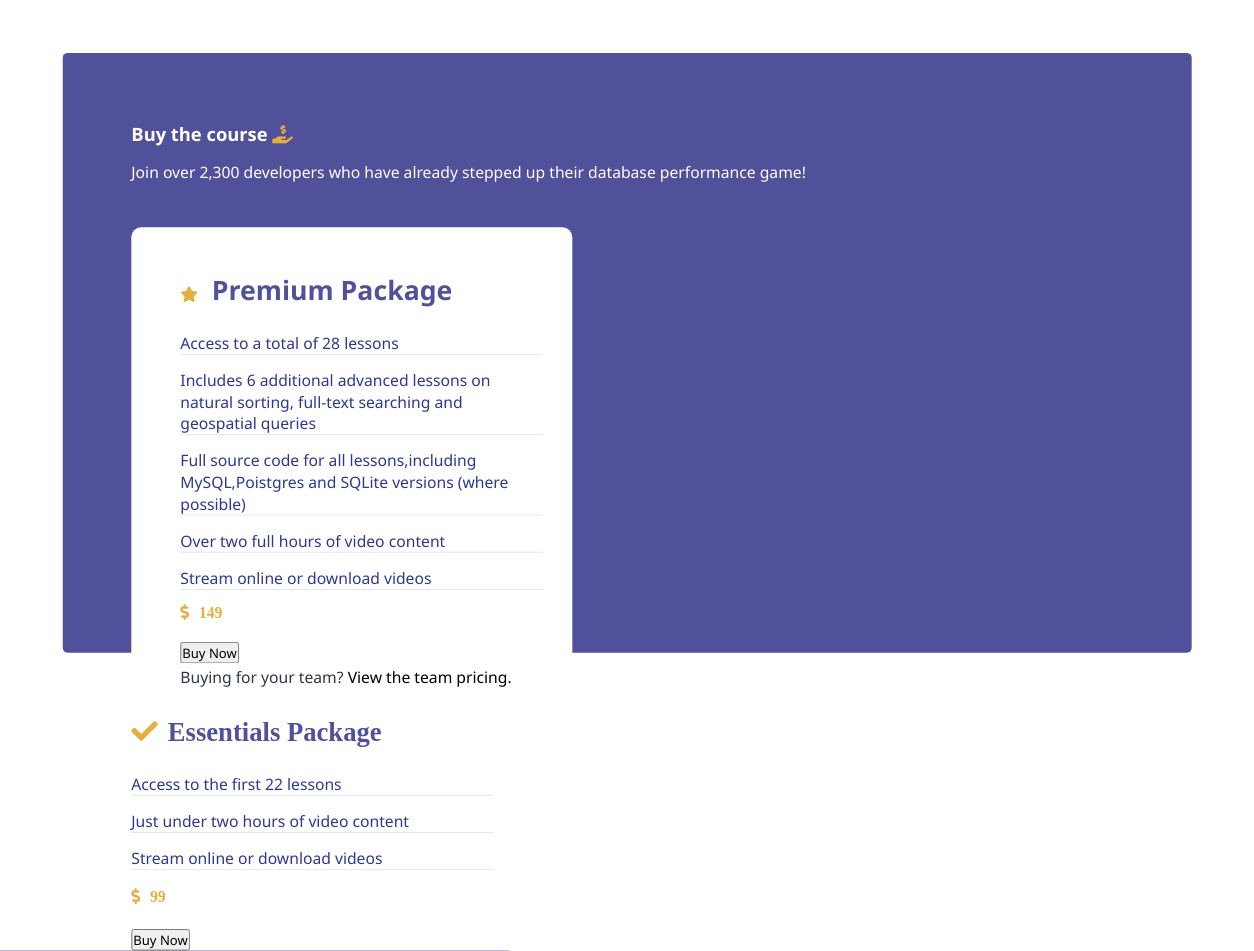
Repository: Z-ayat/Challenges
Page: Challenge 4/index.html
The author's editor kept a copy of each file at every save. The page is drawn from the files as they stood at one save, then again after a run of saves.
The browser window is 1280 px wide. The pictures show the whole page, at 98% of full size.

Above is the page before, as saved 2021-09-07 01:44:29.

### Challenge 4/index.html
<!DOCTYPE html>

<head>
    <meta charset="UTF-8">
    <title>Course Offer Box</title>
    <link rel="stylesheet" href="styling/css/master.css">
    <link rel="stylesheet" href="styling/css/all.min.css">
    <link rel="preconnect" href="https://fonts.googleapis.com">
    <link rel="preconnect" href="https://fonts.gstatic.com" crossorigin>
    <link href="https://fonts.googleapis.com/css2?family=Cairo:wght@400;600;700;900&display=swap" rel="stylesheet">
</head>

<body>
    <div class="container">
        <div class="layout">
            <div class="head">
                <h3>Buy the course <i class="fas fa-hand-holding-usd" style="color: #FFC83D;"></i></h3>
                <p class="join">Join over 2,300 developers who have already stepped up their database performance game!</p>
            </div>
            <div class="prem-pack">
                <i class="fas fa-star">
                    <p class="headtitle">Premium Package</p>
                </i>
                <p class="specs">Access to a total of 28 lessons</p>
                <p class="specs"><span class="import">Includes 6 additional advanced lessons</span> on natural sorting, full-text searching and geospatial queries</p>
                <p class="specs"><span class="import"> Full source code for all lessons,</span>including MySQL,Poistgres and SQLite versions (where possible)</span>
                </p>
                <p class="specs">Over two full hours of video content</p>
                <p class="specs">Stream online or download videos</p>
                <i class="fas fa-dollar-sign">149</i>
                <p class="usd">USD</p>
                <button>Buy Now</button>
                <p class="buyalign">Buying for your team? <a href="#">View the team pricing.</a></p>
            </div>
            <div class="ess-pack">
                <p class="headtitle fas fa-check">Essentials Package</p>
                <p class="specs"><span class="import">Access to the first 22 lessons</span></p>
                <p class="specs">Just under two hours of video content</p>
                <p class="specs">Stream online or download videos</p>
                <i class="fas fa-dollar-sign">99</i>
                <p class="usd">USD</p>
                <button>Buy Now</button>
            </div>
        </div>
</body>

</html>

### Challenge 4/styling/css/master.css
* {
    box-sizing: border-box;
    padding: 0;
    margin: 0;
    font-family: 'Segoe UI', Tahoma, Geneva, Verdana, sans-serif;
}

*::before {
    display: inline-block;
    color: #E5AF40;
    margin-right: 10px;
}

*::after {
    display: inline-block;
    color: #E5AF40;
}

a,
a:focus {
    text-decoration: none;
    cursor: default;
    color: black;
    font-weight: 500;
}

span {
    font-weight: 500;
    display: inline-block !important;
}

:root {
    --clrbg: #51509B;
    --clrhead: #404B5F;
    --clrprice: #4A5568;
    --clrbodyfont: #FFFFFF;
    --facolor: #E5AF40;
    --packb4bordshdw: #FFEABE;
    --clrspecs: #2E3792;
}

body {
    display: flex;
    justify-content: center;
    align-items: center;
    height: 100vh;
}

.container {
    display: grid;
    width: 90%;
    height: 85%;
    background-color: var(--clrbg);
    border-radius: 5px;
    color: var(--clrbodyfont);
    padding: 70px 70px;
}

.head {
    margin-bottom: 45px;
}

.head h3 {
    margin-bottom: 1rem;
    font-size: 2..5rem;
}

.prem-pack {
    background-color: #FFFFFF;
    height: 500px;
    width: 450px;
    padding: 50px;
    border-radius: 10px;
    display: flex;
    flex-flow: wrap column;
    align-items: flex-start;
    position: relative;
    -webkit-border-radius: 10px;
    -moz-border-radius: 10px;
    -ms-border-radius: 10px;
    -o-border-radius: 10px;
}

.specs {
    width: 35px;
    margin-bottom: 15px;
    overflow-wrap: break-word;
    width: 370px;
    border-bottom: solid 1px #E2E8F0;
    color: var(--clrspecs);
}

.headtitle {
    font-weight: 600;
    color: var(--clrbg) !important;
    font-size: 1.7rem;
    margin-bottom: 30px;
    display: inline-block;
}

.buyalign {
    text-justify: auto;
    color: #2D3748;
    position: absolute;
    float: left;
    bottom: 30px;
    left: 50px;
}

.fas {
    color: var(--facolor)
}

Loaded but not shown: Challenge 4/styling/css/all.min.css (library)

After the next 2 saves:
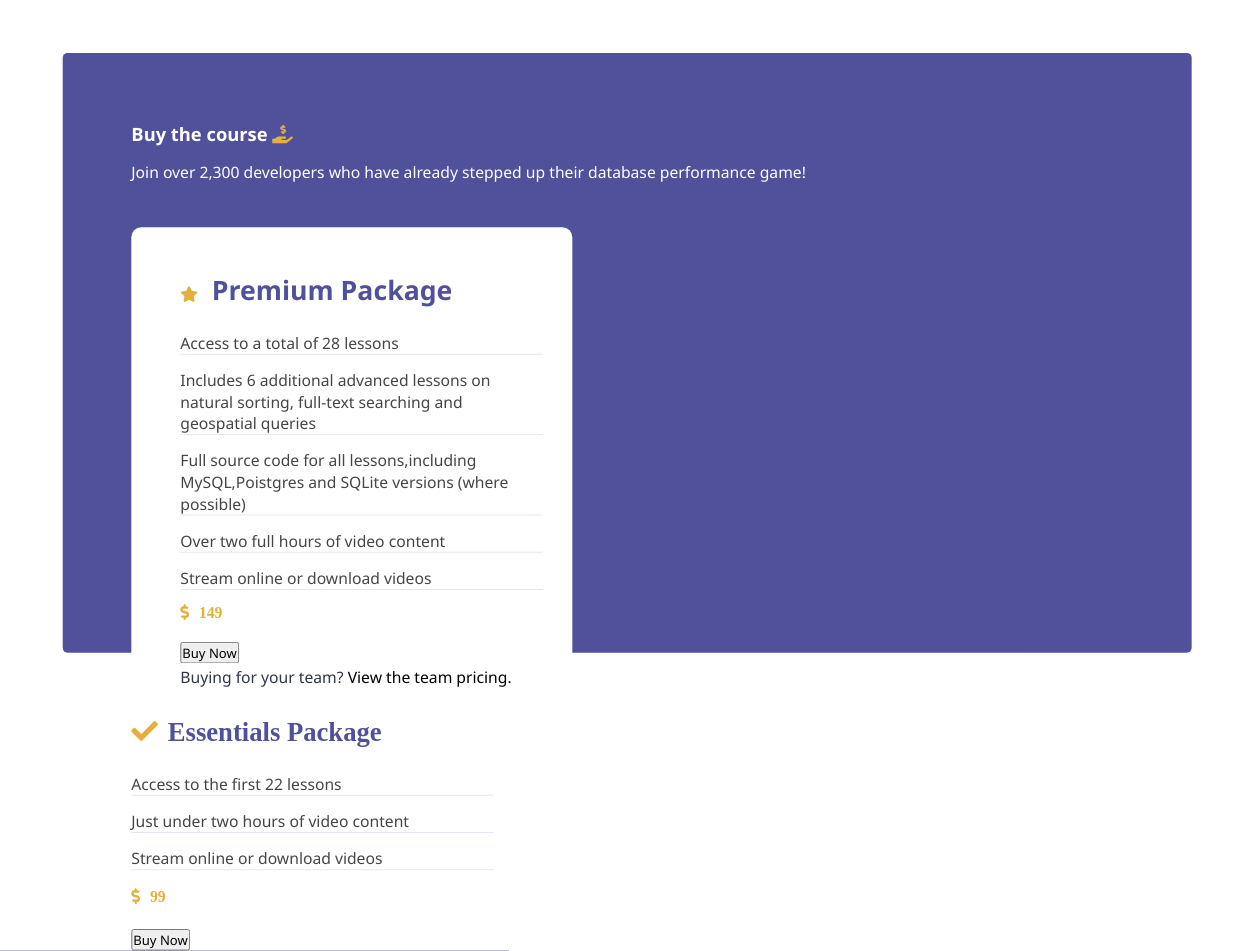
The 2 saves are shown as one change because they came seconds apart.
The last was saved 42 s later.
--- a/Challenge 4/styling/css/master.css
+++ b/Challenge 4/styling/css/master.css
@@ -36,7 +36,7 @@ span {
     --clrbodyfont: #FFFFFF;
     --facolor: #E5AF40;
     --packb4bordshdw: #FFEABE;
-    --clrspecs: #2E3792;
+    --clrspecs: #000000ba;
 }
 
 body {
